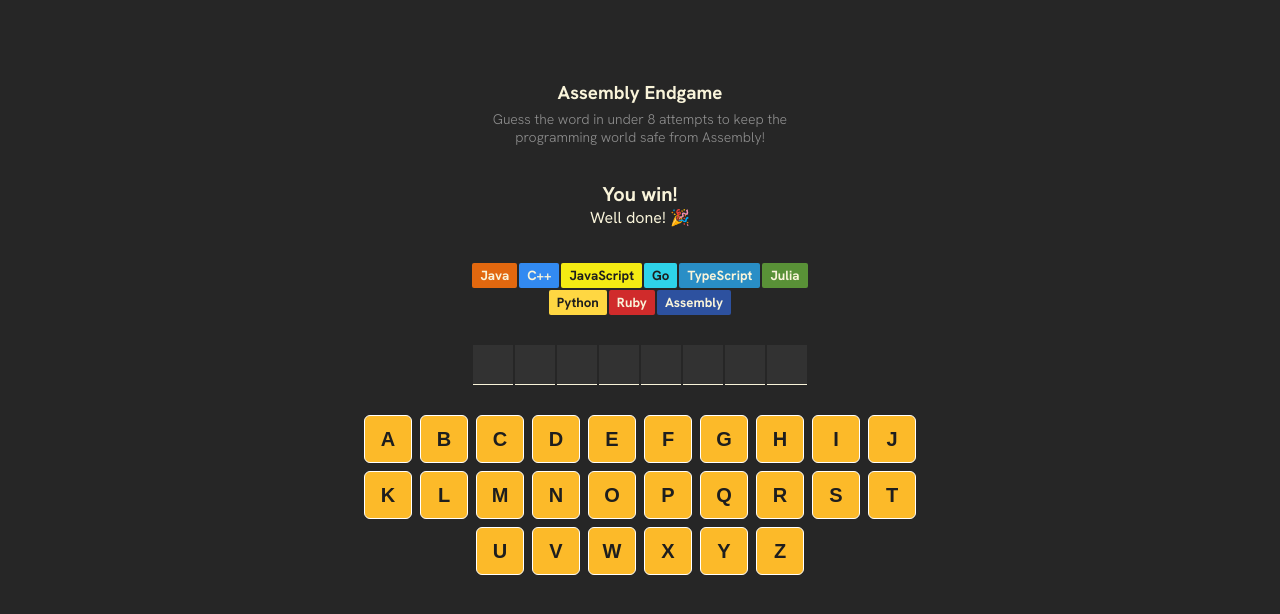
Repository: AchrafAzzaoui/AssemblyEndgame
Page: / (app in assembly-endgame/)
An editor plug-in stored every save of this project. The page is shown before and after the next save, followed by the edit.
The browser window is 1280 px wide. The pictures show the whole page.
The project was rebuilt for these pictures with package versions that can differ from the ones it lists, and the page was loaded fresh each time. Also part of the build but not shown: assembly-endgame/vite.config.js, assembly-endgame/src/components/NewGameButton.jsx.

Above is the page before, as saved 2024-12-25 19:16:51.

After the next save:
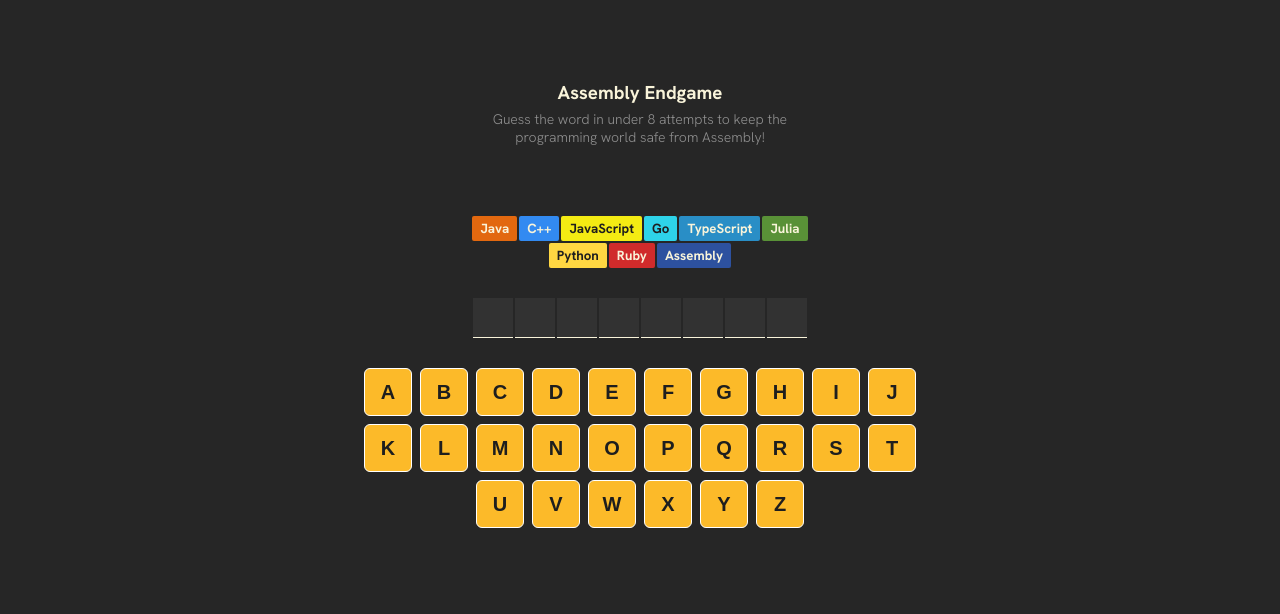
Saved 40 s later.
--- a/assembly-endgame/src/components/Status.jsx
+++ b/assembly-endgame/src/components/Status.jsx
@@ -2,8 +2,16 @@
 import clsx from "clsx";
 
 export default function Status({ isGameLost, isGameWon }) {
-  const heading = isGameLost ? "You lose!" : "You win!";
-  const message = isGameLost ? "Better luck next time!" : "Well done! 🎉";
+  let heading = "";
+  let message = "";
+
+  if (isGameLost) {
+    heading = "You lose!";
+    message = "Better luck next time!";
+  } else if (isGameWon) {
+    heading = "You win!";
+    message = "Well done! 🎉";
+  }
 
   return (
     <div className={clsx("game-status", { lost: isGameLost, won: isGameWon })}>
